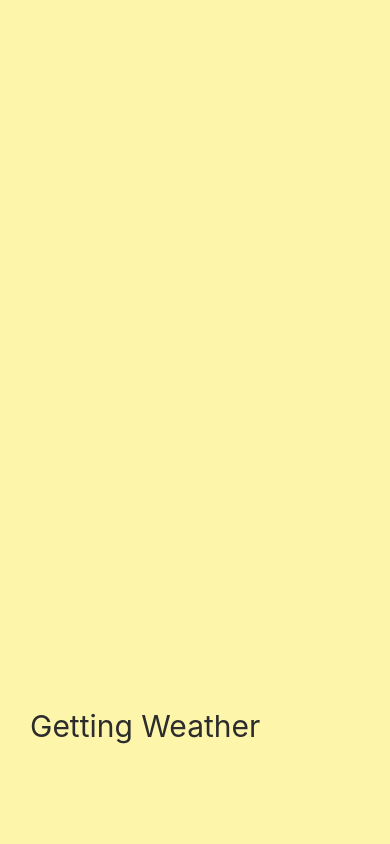
Repository: Exchallenger/Weather-app
Screen: /
These files come from the project's save history. The screen is drawn as it stood at one moment and after the next save; the edit follows.
The app was drawn by React Native's web renderer in a window 390 px wide. The project was rebuilt for these pictures with package versions that can differ from the ones it lists, and the page was loaded fresh each time. Also part of the build but not shown: weather.js.

Above is the screen before, as saved 2021-01-14 23:09:08.

After the next save:
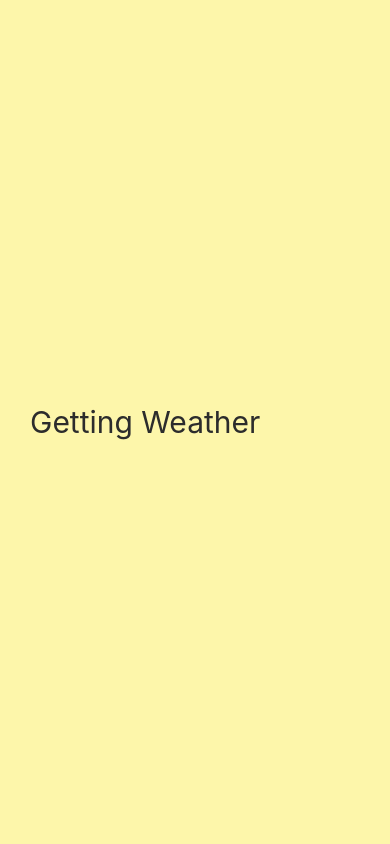
Saved 93 s later.
--- a/loading.js
+++ b/loading.js
@@ -2,15 +2,17 @@ import React,{Component} from 'react';
 import {StyleSheet, Text, View} from "react-native";
 
 export default function Loading(){
-    return <View style={styles.container}>
+    return(
+    <View style={styles.container}>
         <Text style={styles.text}>Getting Weather</Text>
-    </View>
+
+    </View>);
 }
 
 const styles = StyleSheet.create({
     container:{
         flex:1,
-        justifyContent:"flex-end",
+        justifyContent:"center",
         paddingHorizontal:30,
         paddingVertical:100,
         backgroundColor:"#FDF6AA"
